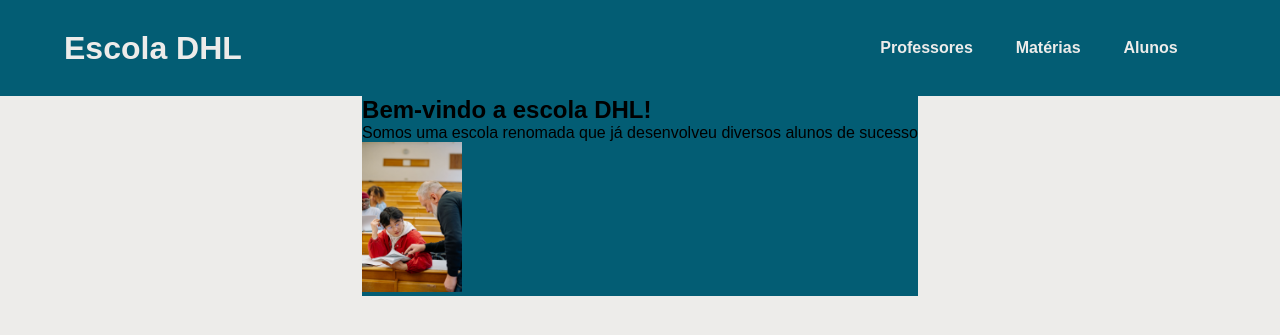
Repository: SirHick/sa-sistema-escola-DHL
Page: front/index.html
These files come from the project's save history. The page is drawn as it stood at one moment and after a run of saves; the edit follows.
The browser window is 1280 px wide. The pictures show the whole page.

Above is the page before, as saved 2026-07-17 15:47:03.

After the next 4 saves:
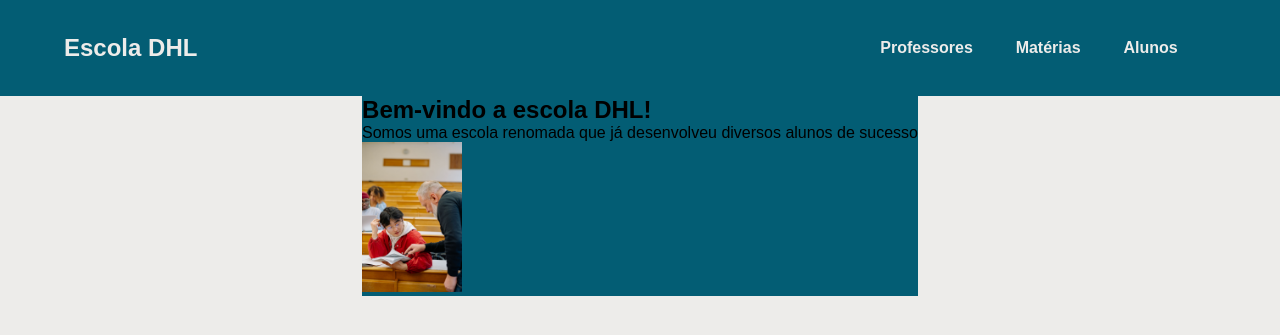
The 4 saves are shown as one change because they came seconds apart.
The last was saved 14 s later.
--- a/front/index.html
+++ b/front/index.html
@@ -8,28 +8,30 @@
 </head>
 <body>
 
-    <section class = "landing-page"></section>
-    <header>
+    <section class = "landing-page">
+        <header>
 
-        <h1>Escola DHL</h1>
+            <h1>Escola DHL</h1>
 
-        <nav>
-            <a href="">Professores</a>
-            <a href="">Matérias</a>
-            <a href="">Alunos</a>
-        </nav>
-    </header>
+            <nav>
+                <a href="">Professores</a>
+                <a href="">Matérias</a>
+                <a href="">Alunos</a>
+            </nav>
+        </header>
 
-    <main class = "hero-section">
-        <section class = "main-text-hero-section">
-            <h2>Bem-vindo a escola DHL!</h2>
+        <main class = "hero-section">
+            <section class = "main-text-hero-section">
+                <h2>Bem-vindo a escola DHL!</h2>
 
-            <p>Somos uma escola renomada que já
-                desenvolveu diversos alunos de sucesso</p>
-        </section>
+                <p>Somos uma escola renomada que já
+                    desenvolveu diversos alunos de sucesso</p>
+            </section>
 
-        <img src="images/student-and-teacher.jpg" alt="A student receiving help from his teacher">
-    </main>
+            <img src="images/student-and-teacher.jpg" alt="A student receiving help from his teacher">
+        </main>
+    </section>
+
 
     <script src="script.js"></script>
 </body>
